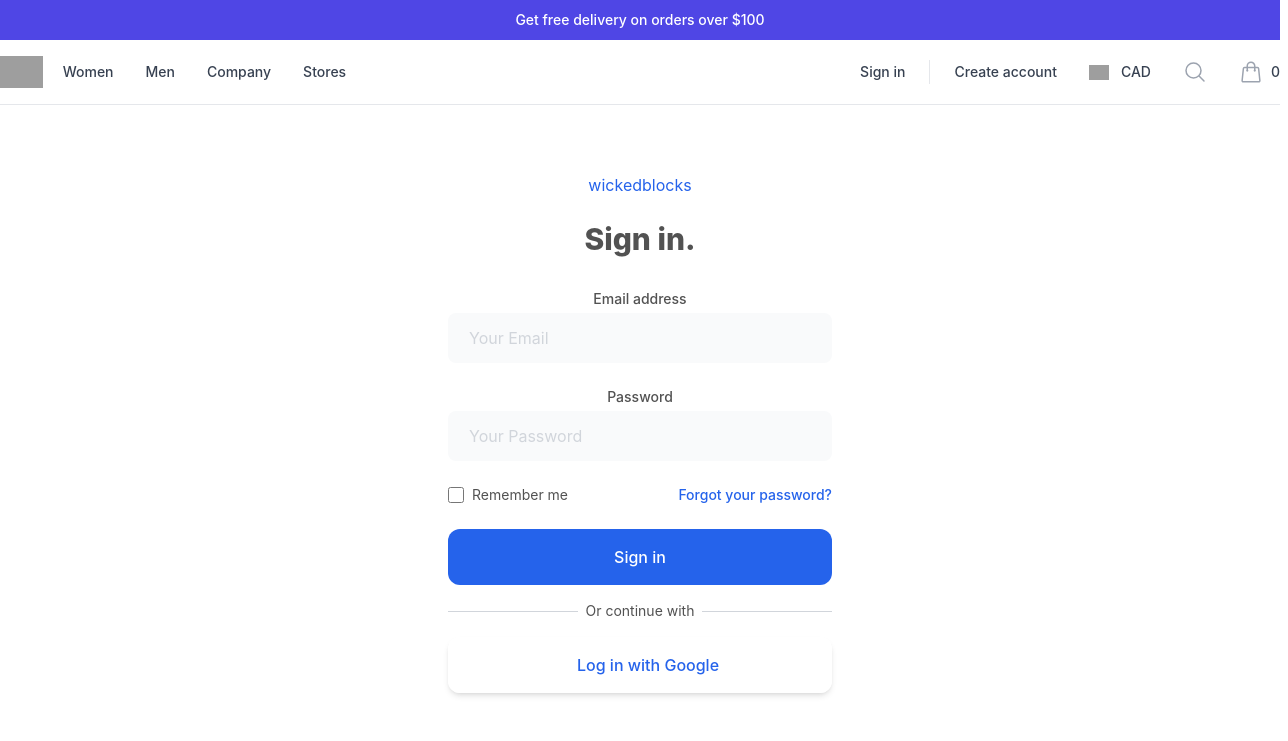
Repository: mehedi9465/Maiden_Wears
Page: /login
An editor plug-in stored every save of this project. The page is shown before and after the next save, followed by the edit.
The browser window is 1280 px wide. The page is 1288 px wide, then 1280 px, then 1288 px, so the pictures cover 1288 px, including what lies to the right of the window. The pictures show the whole page.
Pictures or frames that could not be fetched are drawn as grey boxes. The page's requests for data from a server got no answer. The project was rebuilt for these pictures with package versions that can differ from the ones it lists, and the page was loaded fresh each time. No one was signed in, and anything a server would have sent is missing. Also part of the build but not shown: src/Components/Home/Promo/Promo.js, src/Components/Home/NewArrivals/NewArrivals.js, src/Components/Home/Brands/Brands.js, src/Components/Home/Home/Home.js, src/Components/Authentication/Register/Register.js, src/Components/Products/Products.js.

Above is the page before, as saved 2022-12-29 19:46:10.

### src/App.js
import logo from "./logo.svg";
import "./App.css";
import Navigation from "./Components/Home/Navigation/Navigation";
import Promo from "./Components/Home/Promo/Promo";
import NewArrivals from "./Components/Home/NewArrivals/NewArrivals";
import Brands from "./Components/Home/Brands/Brands";
import Home from "./Components/Home/Home/Home";
import AuthProvider from "./Components/Authentication/context/AuthProvider";
import {
  BrowserRouter,
  BrowserRouter as Router,
  Route,
  Routes,
  useLocation,
} from "react-router-dom";
import Login from "./Components/Authentication/Login/Login";
import Register from "./Components/Authentication/Register/Register";
import Products from "./Components/Products/Products";

function App() {
  return (
    <div className="App">
      <Router>
        <AuthProvider>
          <Navigation />
          <Routes>
            <Route exact path="/" element={<Home />} />
            <Route exact path="/:routeId" element={<Products />} />
            <Route exact path="/login" element={<Login />} />
            <Route exact path="/register" element={<Register />} />
          </Routes>
        </AuthProvider>
      </Router>
    </div>
  );
}

export default App;

### src/Components/Home/Navigation/Navigation.js
import React from "react";
import { Fragment, useState } from "react";
import { Dialog, Transition } from "@headlessui/react";
import { Link } from "react-router-dom";
import {
  Bars3Icon,
  MagnifyingGlassIcon,
  ShoppingBagIcon,
  XMarkIcon,
} from "@heroicons/react/24/outline";

const pages = [
  { name: "women", href: "#" },
  { name: "men", href: "#" },
  { name: "company", href: "#" },
  { name: "stores", href: "#" },
];

const Navigation = () => {
  const [open, setOpen] = useState(false);

  return (
    <div className="bg-white">
      {/* Mobile menu */}
      <Transition.Root show={open} as={Fragment}>
        <Dialog as="div" className="relative z-40 lg:hidden" onClose={setOpen}>
          <Transition.Child
            as={Fragment}
            enter="transition-opacity ease-linear duration-300"
            enterFrom="opacity-0"
            enterTo="opacity-100"
            leave="transition-opacity ease-linear duration-300"
            leaveFrom="opacity-100"
            leaveTo="opacity-0"
          >
            <div className="fixed inset-0 bg-black bg-opacity-25" />
          </Transition.Child>

          <div className="fixed inset-0 z-40 flex">
            <Transition.Child
              as={Fragment}
              enter="transition ease-in-out duration-300 transform"
              enterFrom="-translate-x-full"
              enterTo="translate-x-0"
              leave="transition ease-in-out duration-300 transform"
              leaveFrom="translate-x-0"
              leaveTo="-translate-x-full"
            >
              <Dialog.Panel className="relative flex w-full max-w-xs flex-col overflow-y-auto bg-white pb-12 shadow-xl">
                <div className="flex px-4 pt-5 pb-2">
                  <button
                    type="button"
                    className="-m-2 inline-flex items-center justify-center rounded-md p-2 text-gray-400"
                    onClick={() => setOpen(false)}
                  >
                    <span className="sr-only">Close menu</span>
                    <XMarkIcon className="h-6 w-6" aria-hidden="true" />
                  </button>
                </div>

                <div className="space-y-6 border-t border-gray-200 py-6 px-4">
                  {pages.map((page) => (
                    <div key={page.name} className="flow-root ">
                      <Link
                        to={`/${page}`}
                        className="-m-2 block p-2 font-medium text-gray-900"
                      >
                        <span className="capitalize">{page.name}</span>
                      </Link>
                    </div>
                  ))}
                </div>

                <div className="space-y-6 border-t border-gray-200 py-6 px-4">
                  <div className="flow-root">
                    <Link
                      to="/login"
                      className="-m-2 block p-2 font-medium text-gray-900"
                    >
                      Sign in
                    </Link>
                  </div>
                  <div className="flow-root">
                    <Link
                      to="/register"
                      className="-m-2 block p-2 font-medium text-gray-900"
                    >
                      Create account
                    </Link>
                  </div>
                </div>

                <div className="border-t border-gray-200 py-6 px-4">
                  <a href="#" className="-m-2 flex items-center p-2">
                    <img
                      src="https://tailwindui.com/img/flags/flag-canada.svg"
                      alt=""
                      className="block h-auto w-5 flex-shrink-0"
                    />
                    <span className="ml-3 block text-base font-medium text-gray-900">
                      CAD
                    </span>
                    <span className="sr-only">, change currency</span>
                  </a>
                </div>
              </Dialog.Panel>
            </Transition.Child>
          </div>
        </Dialog>
      </Transition.Root>

      {/* Mobile Menu  */}

      <header className="relative bg-white">
        <p className="flex h-10 items-center justify-center bg-indigo-600 px-4 text-sm font-medium text-white sm:px-6 lg:px-8">
          Get free delivery on orders over $100
        </p>

        <nav
          aria-label="Top"
          className="mx-auto max-w-8xl px-4 sm:px-6 lg:px-0"
        >
          <div className="border-b border-gray-200">
            <div className="flex h-16 items-center">
              <button
                type="button"
                className="rounded-md bg-white p-2 text-gray-400 lg:hidden"
                onClick={() => setOpen(true)}
              >
                <span className="sr-only">Open menu</span>
                <Bars3Icon className="h-6 w-6" aria-hidden="true" />
              </button>

              {/* Logo */}
              <div className="ml-4 flex lg:ml-0">
                <Link to="/">
                  <img
                    className="h-8 w-auto mr-5"
                    src="https://tailwindui.com/img/logos/mark.svg?color=indigo&shade=600"
                    alt=""
                  />
                </Link>
              </div>

              {/* Flyout menus */}
              <div className="flex h-full space-x-8">
                {pages.map((page) => (
                  <Link
                    to={`/${page}`}
                    key={page.name}
                    href={page.href}
                    className="flex items-center text-sm font-medium text-gray-700 hover:text-gray-800"
                  >
                    <span className="capitalize">{page.name}</span>
                  </Link>
                ))}
              </div>

              <div className="ml-auto flex items-center">
                <div className="hidden lg:flex lg:flex-1 lg:items-center lg:justify-end lg:space-x-6">
                  <Link
                    to="/login"
                    className="text-sm font-medium text-gray-700 hover:text-gray-800"
                  >
                    Sign in
                  </Link>
                  <span className="h-6 w-px bg-gray-200" aria-hidden="true" />
                  <Link
                    to="/register"
                    className="text-sm font-medium text-gray-700 hover:text-gray-800"
                  >
                    Create account
                  </Link>
                </div>

                <div className="hidden lg:ml-8 lg:flex">
                  <a
                    href="#"
                    className="flex items-center text-gray-700 hover:text-gray-800"
                  >
                    <img
                      src="https://tailwindui.com/img/flags/flag-canada.svg"
                      alt=""
                      className="block h-auto w-5 flex-shrink-0"
                    />
                    <span className="ml-3 block text-sm font-medium">CAD</span>
                    <span className="sr-only">, change currency</span>
                  </a>
                </div>

                {/* Search */}
                <div className="flex lg:ml-6">
                  <a href="#" className="p-2 text-gray-400 hover:text-gray-500">
                    <span className="sr-only">Search</span>
                    <MagnifyingGlassIcon
                      className="h-6 w-6"
                      aria-hidden="true"
                    />
                  </a>
                </div>

                {/* Cart */}
                <div className="ml-4 flow-root lg:ml-6">
                  <a href="#" className="group -m-2 flex items-center p-2">
                    <ShoppingBagIcon
                      className="h-6 w-6 flex-shrink-0 text-gray-400 group-hover:text-gray-500"
                      aria-hidden="true"
                    />
                    <span className="ml-2 text-sm font-medium text-gray-700 group-hover:text-gray-800">
                      0
                    </span>
                    <span className="sr-only">items in cart, view bag</span>
                  </a>
                </div>
              </div>
            </div>
          </div>
        </nav>
      </header>
      {/* Big Screen menu */}
    </div>
  );
};

export default Navigation;

### src/Components/Authentication/context/AuthProvider.js
import React, { createContext } from 'react';
import useFirebase from '../hooks/useFirebase';

export const AuthContext = createContext();

const AuthProvider = ({ children }) => {
    const allContext = useFirebase();
    return (
        <AuthContext.Provider value={allContext}>
            { children }
        </AuthContext.Provider>
    );
};

export default AuthProvider;

### src/Components/Authentication/Login/Login.js
import React from "react";

const Login = () => {
  return (
    <div>
      <section class=" overflow-hidden">
    <div class="flex min- overflow-hidden flex justify-center mt-5">
        <div class="flex flex-col justify-center flex-1 px-4 py-12 overflow-hidden sm:px-6 lg:flex-none lg:px-20 xl:px-24">
            <div class="w-full max-w-xl mx-auto lg:w-96">
                <div>
                    <a href="./index.html" class="text-blue-600 text-medium">wickedblocks</a>
                    <h2 class="mt-6 text-3xl font-extrabold text-neutral-600">Sign in.</h2>
                </div>

                <div class="mt-8">
                    <div class="mt-6">
                        <form action="#" method="POST" class="space-y-6">
                            <div>
                                <label for="email" class="block text-sm font-medium text-neutral-600"> Email address </label>
                                <div class="mt-1">
                                    <input id="email" name="email" type="email" autocomplete="email" required="" placeholder="Your Email" class="block w-full px-5 py-3 text-base text-neutral-600 placeholder-gray-300 transition duration-500 ease-in-out transform border border-transparent rounded-lg bg-gray-50 focus:outline-none focus:border-transparent focus:ring-2 focus:ring-white focus:ring-offset-2 focus:ring-offset-gray-300"/>
                                </div>
                            </div>

                            <div class="space-y-1">
                                <label for="password" class="block text-sm font-medium text-neutral-600"> Password </label>
                                <div class="mt-1">
                                    <input id="password" name="password" type="password" autocomplete="current-password" required="" placeholder="Your Password" class="block w-full px-5 py-3 text-base text-neutral-600 placeholder-gray-300 transition duration-500 ease-in-out transform border border-transparent rounded-lg bg-gray-50 focus:outline-none focus:border-transparent focus:ring-2 focus:ring-white focus:ring-offset-2 focus:ring-offset-gray-300"/>
                                </div>
                            </div>

                            <div class="flex items-center justify-between">
                                <div class="flex items-center">
                                    <input id="remember-me" name="remember-me" type="checkbox" placeholder="Your password" class="w-4 h-4 text-blue-600 border-gray-200 rounded focus:ring-blue-500" />
                                    <label for="remember-me" class="block ml-2 text-sm text-neutral-600"> Remember me </label>
                                </div>

                                <div class="text-sm">
                                    <a href="#" class="font-medium text-blue-600 hover:text-blue-500"> Forgot your password? </a>
                                </div>
                            </div>

                            <div>
                                <button type="submit" class="flex items-center justify-center w-full px-10 py-4 text-base font-medium text-center text-white transition duration-500 ease-in-out transform bg-blue-600 rounded-xl hover:bg-blue-700 focus:outline-none focus:ring-2 focus:ring-offset-2 focus:ring-blue-500">Sign in</button>
                            </div>
                        </form>
                        <div class="relative my-4">
                            <div class="absolute inset-0 flex items-center">
                                <div class="w-full border-t border-gray-300"></div>
                            </div>
                            <div class="relative flex justify-center text-sm">
                                <span class="px-2 text-neutral-600 bg-white"> Or continue with </span>
                            </div>
                        </div>
                        <div>
                            <button type="submit" class="w-full items-center block px-10 py-3.5 text-base font-medium text-center text-blue-600 transition duration-500 ease-in-out transform border-2 border-white shadow-md rounded-xl focus:outline-none focus:ring-2 focus:ring-offset-2 focus:ring-gray-500">
                                <div class="flex items-center justify-center">
                                    {/* <svg xmlns="http://www.w3.org/2000/svg" xmlns:xlink="http://www.w3.org/1999/xlink" class="w-6 h-6" viewBox="0 0 48 48">
                                        <defs>
                                            <path id="a" d="M44.5 20H24v8.5h11.8C34.7 33.9 30.1 37 24 37c-7.2 0-13-5.8-13-13s5.8-13 13-13c3.1 0 5.9 1.1 8.1 2.9l6.4-6.4C34.6 4.1 29.6 2 24 2 11.8 2 2 11.8 2 24s9.8 22 22 22c11 0 21-8 21-22 0-1.3-.2-2.7-.5-4z"></path>
                                        </defs>
                                        <clipPath id="b">
                                            <use xlink:href="#a" overflow="visible"></use>
                                        </clipPath>
                                        <path clip-path="url(#b)" fill="#FBBC05" d="M0 37V11l17 13z"></path>
                                        <path clip-path="url(#b)" fill="#EA4335" d="M0 11l17 13 7-6.1L48 14V0H0z"></path>
                                        <path clip-path="url(#b)" fill="#34A853" d="M0 37l30-23 7.9 1L48 0v48H0z"></path>
                                        <path clip-path="url(#b)" fill="#4285F4" d="M48 48L17 24l-4-3 35-10z"></path>
                                    </svg> */}
                                    <span class="ml-4"> Log in with Google</span>
                                </div>
                            </button>
                        </div>
                    </div>
                </div>
            </div>
        </div>
    </div>
</section>
    </div>
  );
};

export default Login;

### src/Components/Authentication/hooks/useFirebase.js
import { useEffect, useState } from "react";
import initializeAuth from "../Firebase/Firebase.initialize";
import {
  GoogleAuthProvider,
  getAuth,
  signInWithPopup,
  onAuthStateChanged,
  signOut,
  createUserWithEmailAndPassword,
  updateProfile,
  signInWithEmailAndPassword,
} from "firebase/auth";
import swal from "sweetalert";
import axios from "axios";

initializeAuth();

const useFirebase = () => {
  const [user, setUser] = useState({});
  const [error, setError] = useState("");
  const [isLoading, setIsLoading] = useState(true);
  const [isAdmin, setIsAdmin] = useState();

  const auth = getAuth();
  const googleProvider = new GoogleAuthProvider();

  const googleSignIn = (location, history) => {
    setIsLoading(true);
    signInWithPopup(auth, googleProvider)
      .then((res) => {
        const user = res.user;
        saveUser(user.email, user.displayName, "PUT");
        setError("");
        const des = location?.state?.from || "/";
        history.replace(des);
      })
      .catch((e) => setError(e.message))
      .finally(() => setIsLoading(false));
  };

  const registerUser = (name, email, password) => {
    setIsLoading(true);
    createUserWithEmailAndPassword(auth, email, password)
      .then((userCredential) => {
        setError("");
        saveUser(email, name, "POST");
        updateProfile(auth.currentUser, {
          displayName: name,
        })
          .then(() => {})
          .catch((e) => setError(e.message));
      })
      .catch((e) => setError(e.message))
      .finally(() => setIsLoading(false));
  };

  const loginUser = (email, password, location, history) => {
    setIsLoading(true);
    signInWithEmailAndPassword(auth, email, password)
      .then((userCredential) => {
        setError("");
        const des = location?.state?.from || "/";
        history.replace(des);
      })
      .catch((e) => setError(e.message))
      .finally(() => setIsLoading(false));
  };

  const logOut = () => {
    signOut(auth)
      .then(() => {})
      .catch((e) => setError(e.message));
  };

  const saveUser = (email, displayName, method) => {
    const user = { email, displayName };
    fetch("https://bikezone-server-hg7c.onrender.com/users", {
      method: method,
      headers: {
        "content-type": "application/json",
      },
      body: JSON.stringify(user),
    })
      .then((res) => res.json())
      .then((data) => {
        console.log(data);
        if (data.insertedId || data.acknowledged) {
          swal({
            title: "Welcome!",
            icon: "success",
            button: "ok",
          });
        } else {
          swal({
            title: "Something Went Wrong!",
            icon: "error",
            button: "ok",
          });
        }
      });
  };

  useEffect(() => {
    onAuthStateChanged(auth, (user) => {
      if (user) {
        setUser(user);
      } else {
        setUser({});
      }
      setIsLoading(false);
    });
  }, [auth]);

  useEffect(() => {
    if (user?.email) {
      axios
        .get(
          `https://bikezone-server-hg7c.onrender.com/users?email=${user?.email}`
        )
        .then(({ data }) => setIsAdmin(data.admin));
    }
  }, [user?.email]);

  return {
    user,
    error,
    isLoading,
    isAdmin,
    googleSignIn,
    registerUser,
    loginUser,
    logOut,
  };
};

export default useFirebase;

### src/Components/Authentication/Firebase/Firebase.initialize.js
import { initializeApp } from "firebase/app";
import firebaseConfig from "./Firebase.config";

const initializeAuth = () => {
    initializeApp(firebaseConfig);
}

export default initializeAuth;

### src/Components/Authentication/Firebase/Firebase.config.js
const firebaseConfig = {
  apiKey: process.env.REACT_APP_API_KEY,
  authDomain: process.env.REACT_APP_AUTH_DOMAIN,
  projectId: process.env.REACT_APP_PROJECT_ID,
  storageBucket: process.env.REACT_APP_STORAGE_BUCKET,
  messagingSenderId: process.env.REACT_APP_MESSAGING_SENDER_ID,
  appId: process.env.REACT_APP_ID,
};

export default firebaseConfig;

Loaded but not shown: public/index.html (common file); src/index.js (common file); src/index.css (common file); src/reportWebVitals.js (common file); src/App.css (common file); tailwind.config.js (common file)

After the next save:
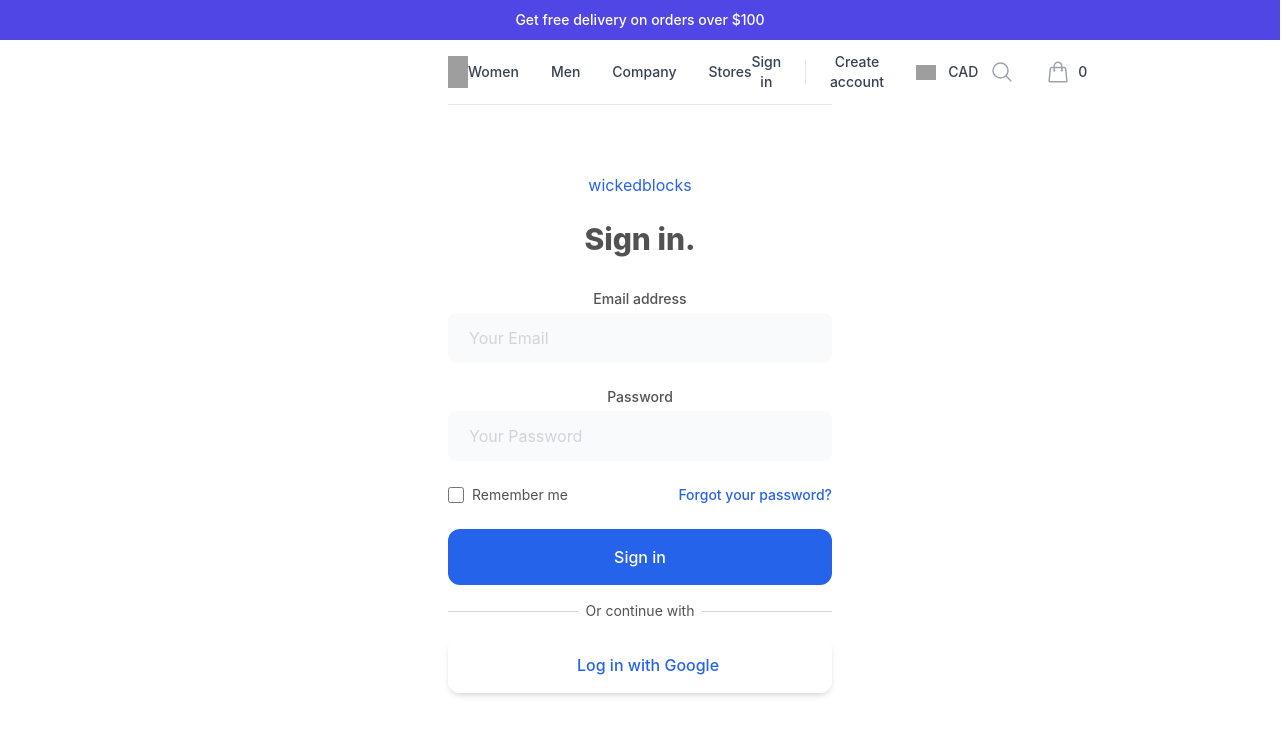
Saved 7 s later.
--- a/src/Components/Home/Navigation/Navigation.js
+++ b/src/Components/Home/Navigation/Navigation.js
@@ -118,7 +118,7 @@
 
         <nav
           aria-label="Top"
-          className="mx-auto max-w-8xl px-4 sm:px-6 lg:px-0"
+          className="mx-auto max-w-96 px-4 sm:px-6 lg:px-0"
         >
           <div className="border-b border-gray-200">
             <div className="flex h-16 items-center">

After the 2 saves that followed:
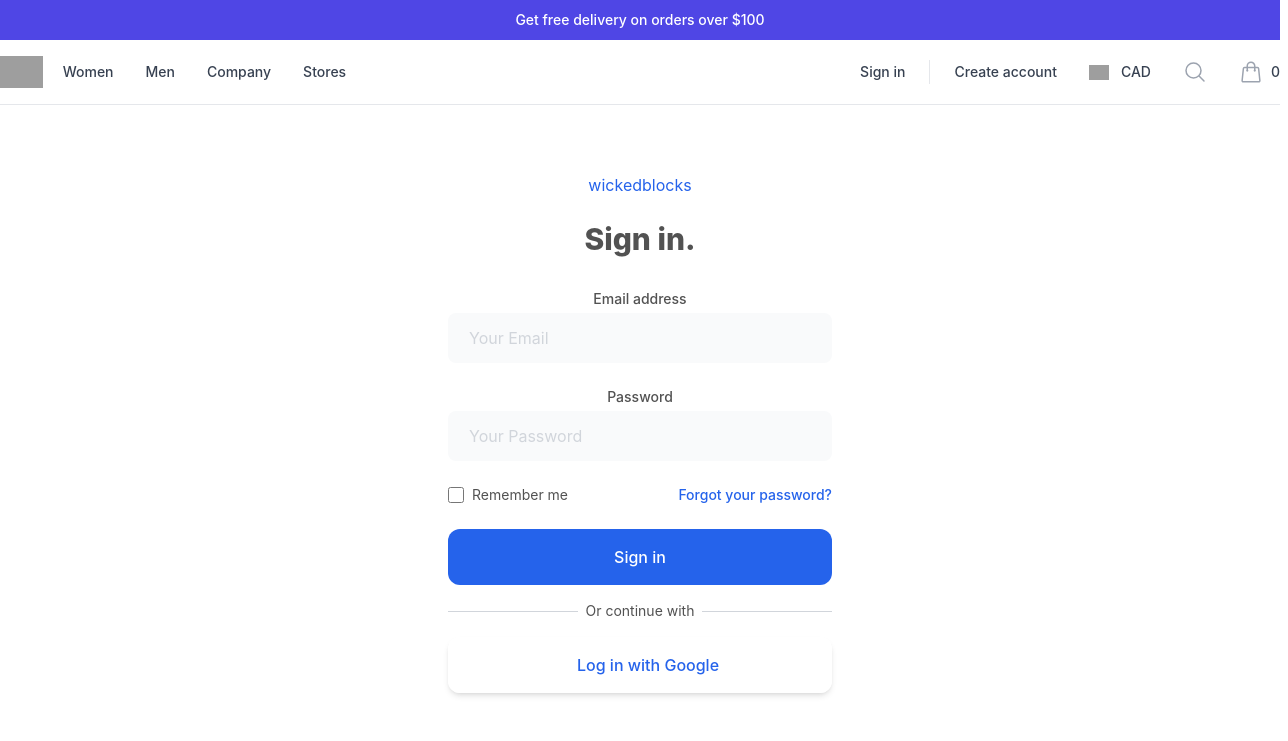
The 2 saves are shown as one change because 1 left the picture as it was.
The last was saved 17 s later.
--- a/src/Components/Home/Navigation/Navigation.js
+++ b/src/Components/Home/Navigation/Navigation.js
@@ -118,7 +118,7 @@
 
         <nav
           aria-label="Top"
-          className="mx-auto max-w-96 px-4 sm:px-6 lg:px-0"
+          className="mx-auto w-full px-4 sm:px-6 lg:px-0"
         >
           <div className="border-b border-gray-200">
             <div className="flex h-16 items-center">
